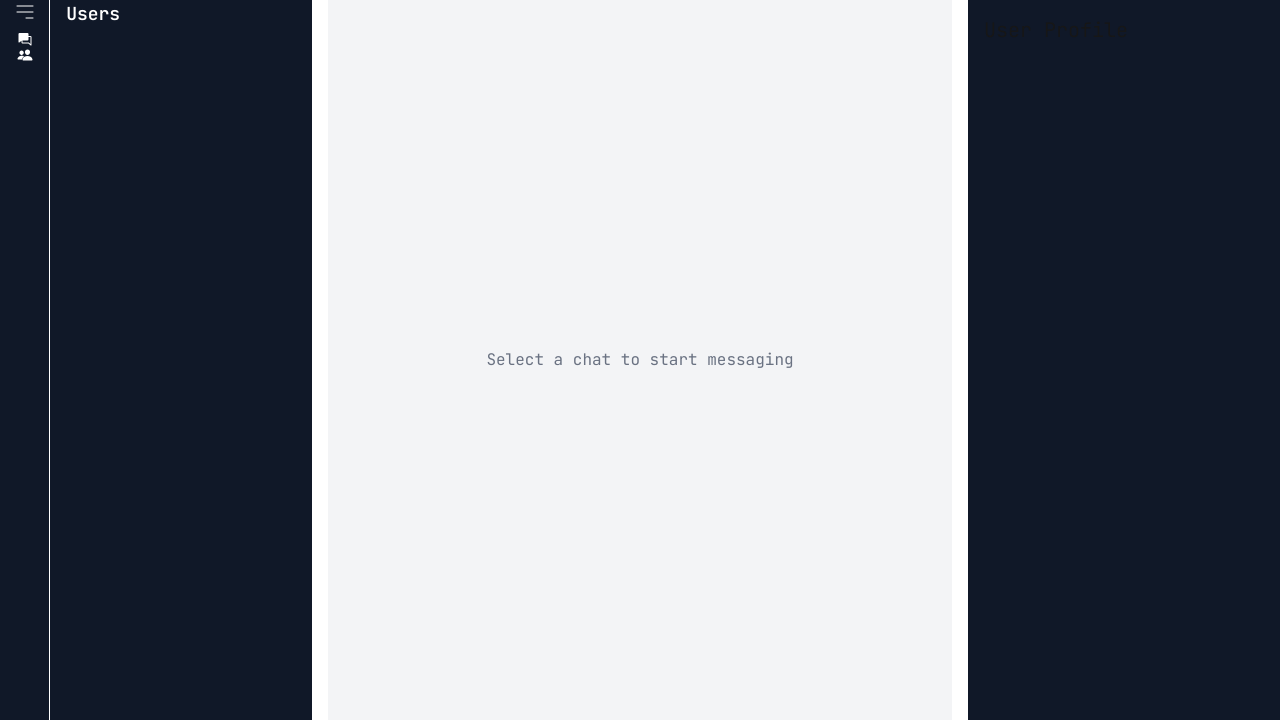
Repository: Sync-Decode/chat-app
Page: /
An editor plug-in stored every save of this project. The page is shown before and after a run of saves, followed by the edit.
The browser window is 1280 px wide. The pictures show the whole page.
The page's requests for data from a server got no answer. The project was rebuilt for these pictures with package versions that can differ from the ones it lists, and the page was loaded fresh each time. The framework's server and built-in components were replaced by stand-ins that run in the browser. No one was signed in, and anything a server would have sent is missing. Also part of the build but not shown: next.config.mjs, src/components/Menu.jsx, src/components/Chatview.jsx.

Above is the page before, as saved 2025-06-21 16:37:55.

### src/app/layout.js
import { JetBrains_Mono } from 'next/font/google'
import './globals.css'

const jetBrains = JetBrains_Mono({
  variable: '--font-JetBrains_Mono',
  subsets: ['latin'],
})

export const metadata = {
  title: 'Lisp Chat',
  description: 'Chat and connect with fellow tweeps',
}

export default function RootLayout({ children }) {
  return (
    <html lang="en">
      <body className={`${jetBrains.className}  antialiased flex flex-col justify-center items-center w-full h-svh`}>
        {children}
      </body>
    </html>
  )
}

### src/app/page.js
'use client'
import { useIsMobile } from '@/hooks/useIsMobile'
import { useIsTablet } from '@/hooks/useIsTablet'
import { useIsDesktop } from '@/hooks/useIsDesktop'
import { useViewStore } from '@/store/store'
import { useRouter } from 'next/navigation'
import Sidebar from '@/components/Sidebar'
import Chat from '@/components/Chat'
import Profile from '@/components/Profile'
import Loading from '@/components/Loading'
const Home = () => {
  const view = useViewStore((s) => s.view)
  const setView = useViewStore((s) => s.setView)
  const isMobile = useIsMobile()
  const isTablet = useIsTablet()
  const isDesktop = useIsDesktop()
  const router = useRouter()
  const sessionTest = true

  const renderHome = () => {
    if (!sessionTest) {
      router.push('/auth/signin')
      return
    }

    if (isMobile) {
      if (view === 'sidebar') return <Sidebar />
      if (view === 'chat') return <Chat />
      if (view === 'profile') return <Profile />
      return
    }

    if (isTablet) {
      setView('chat')
      return (
        <div className="w-screen max-w-screen-2xl h-svh flex gap-4 ">
          <div className="flex-1 w-full h-full">
            <Sidebar />
          </div>

          <div className="flex-2 w-full h-full">
            {view === 'chat' && <Chat />}
            {view === 'profile' && <Profile />}
          </div>
        </div>
      )
    }


    if (isDesktop) {
      return (
        <div className="w-screen max-w-screen-2xl h-svh flex gap-4 ">
          <div className="flex-1">
            <Sidebar />
          </div>

          <div className="flex-2">
            <Chat />
          </div>

          <div className="flex-1">
            <Profile />
          </div>
        </div>
      )
    }
    return <Loading />
  }
  return renderHome()
}

export default Home

### src/app/globals.css
@import 'tailwindcss';
@tailwind base;
@tailwind components;
@tailwind utilities;

:root {
  --background: #ffffff;
  --foreground: #171717;
}

@theme inline {
  --color-background: var(--background);
  --color-foreground: var(--foreground);
  --font-sans: var(--font-geist-sans);
  --font-mono: var(--font-geist-mono);
}

@media (prefers-color-scheme: dark) {
  :root {
    --background: #0a0a0a;
    --foreground: #ededed;
  }
}

* {
  box-sizing: border-box;
  margin: 0;
  scrollbar-width: 0;
}

*::-webkit-scrollbar{
  display: none
}



@layer base {
  p {
    @apply text-sm font-light;
  }

  h6 {
    @apply text-base;
  }

  h5 {
    @apply text-lg;
  }

  h4 {
    @apply text-xl;
  }
  h3 {
    @apply text-2xl font-light;
  }
  h2 {
    @apply text-3xl;
  }
  h1 {
    @apply text-4xl;
  }
}

body {
  background: var(--background);
  color: var(--foreground);
}

### src/hooks/useIsMobile.js
'use client'
import { useEffect, useState } from 'react'

export function useIsMobile() {
  const [isMobile, setIsMobile] = useState(false)

  useEffect(() => {
    const check = () => setIsMobile(window.innerWidth < 768)
    check()
    window.addEventListener('resize', check)
    return () => window.removeEventListener('resize', check)
  }, [])

  return isMobile
}

### src/hooks/useIsTablet.js
'use client'
import { useState, useEffect } from 'react'

export const useIsTablet = () => {
  const [isTablet, setIsTablet] = useState(false)
  useEffect(() => {
    const check = () =>
      setIsTablet(window.innerWidth > 768 && window.innerWidth < 1024)
    check()
    window.addEventListener('resize', check)
    return () => window.removeEventListener('resize', check)
  }, [])
  return isTablet
}

### src/hooks/useIsDesktop.js
"use client"
import { useState, useEffect } from 'react'

export const useIsDesktop = () => {
  const [isDesktop, setIsDesktop] = useState(false)
  useEffect(() => {
    const check = () => setIsDesktop(window.innerWidth > 1024)
    check()
    window.addEventListener('resize', check)
    return () => window.removeEventListener('resize', check)
  }, [])
  return isDesktop
}

### src/store/store.js
// store/viewStore.js
import { create } from 'zustand'
import supabase from '@/lib/supabase'

//view store
export const useViewStore = create((set) => ({
  view: 'sidebar', // 'sidebar' | 'chat' | 'profile'
  setView: (view) => set({ view: view }),
}))

// login view store
export const useLoginViewStore = create((set) => ({
  loginType: 'signin',
  setLoginType: (type) => set({ loginType: type }),
}))

//session store
export const useSession = create((set) => ({
  session: null,
  hasFetchedSession: false,

  fetchSession: async () => {
    const session = supabase.auth.getSession()

    if (session) {
      await supabase.from('users').upsert({
        user_id: data.session.user.id,
        email: data.session.user.email,
        username: data.session.user.user_metadata.name || '',
        avatar_url: data.session.user.user_metadata.avatar_url || '',
      })
    }

    set({ session: session, hasFetchedSession: true })

    return null
  },
}))

//menu store
export const useMenu = create((set) => ({
  isMenuHidden: true,
  setIsMenuHidden: () =>
    set((state) => ({
      isMenuHidden: !state.isMenuHidden,
    })),
}))

// signup store
export const useSignupInfo = create((set) => ({
  username: '',
  setUsername: (username) => set({ username }),
  email: '',
  setEmail: (email) => set({ email }),
  password: '',
  setPassword: (password) => set({ password }),
}))

// users store
export const useUsersStore = create((set) => ({
  users: [],
  error: null,
  currentUserID: null,

  fetchUsers: async () => {
    try {
      const session = supabase.auth.getSession()
      const currentUserID = session.data.session?.user?.id
      set({ currentUserID })

      if (!currentUserID) {
        throw new Error('Not authenticated')
      }

      const { data, error } = await supabase
        .from('users')
        .select('user_id, username, avatar_url, is_online, email')
        .neq('user_id', currentUserID)

      if (error) throw error

      set({ users: data })
      console.log('FetchedUsers', data)
    } catch (err) {
      set({ error: err.message || 'Error fetching users' })
      console.error('Error fetching users:', err.message)
    }
  },
}))

//chat store
export const useChatStore = create((set) => ({
  selectedChatId: null,
  otherUser: null,
  setOtherUser: (user) => set({ otherUser: user }),
  setSelectedChatId: (id) => set({ selectedChatId: id }),
  setSelectedChat: (chat) => set({ selectedChat: chat }),
  fetchChat: async (chatId) => {
    try {
      const { data, error } = await supabase
        .from('chats')
        .select('*')
        .eq('chat_id', chatId)
        .single()

      if (error) throw error

      set({ selectedChat: data })
      console.log('Fetched chat:', data)
    } catch (err) {
      console.error('Error fetching chat:', err.message)
    }
  },
}))

### src/components/Sidebar.jsx
import { useMenu, useViewStore } from '@/store/store'
import { useIsMobile } from '@/hooks/useIsMobile'
import { PiChatsFill } from 'react-icons/pi'
import { IoPeople } from 'react-icons/io5'
import Menu from './Menu'
import Hamburger from './Hamburger'
import UserList from './UserList'

export default function Sidebar() {
  const setView = useViewStore((s) => s.setView)
  const isMenuHidden = useMenu((s) => s.isMenuHidden)
  const setIsMenuHidden = useMenu((s) => s.setIsMenuHidden)
  const isMobile = useIsMobile((s) => s.isMobile)

  return (
    <div className="relative w-full h-full flex  bg-gray-900 text-white">
      <div className="flex-1 flex flex-col justify-start items-center  border-r">
        <div onClick={() => setIsMenuHidden((prev) => !prev)}>
          <Hamburger />
        </div>

        <div className="flex flex-col">
          <PiChatsFill width={24} height={24} />
          <IoPeople width={24} height={24} />
        </div>

        <div />
      </div>

      <div className="relative flex-5 h-full pl-4 overflow-y-auto">
        <div className="sticky top-0 flex items-center justify-between">
          <h3 className="text-lg font-semibold">Users</h3>
        </div>
        {!isMenuHidden && <Menu />}
        <UserList />
      </div>
    </div>
  )
}

### src/components/Chat.jsx
// components/Chat.js

import { useViewStore } from '@/store/store'
import { useIsMobile } from '@/hooks/useIsMobile'
import { useIsDesktop } from '@/hooks/useIsDesktop'
import { useChatStore } from '@/store/store'
import ChatView from './Chatview'
import { useEffect } from 'react'

const Chat = () => {
  //Chat panel component
  // This component serves as the main chat interface, displaying the selected chat and providing navigation options

  const selectedChatId = useChatStore((s) => s.selectedChatId)

  return (
    <div className="relative w-full h-full flex flex-col bg-gray-800 overflow-scroll ">
      <div className="relative flex-1 w-full max-h-full flex flex-col bg-gray-100">

        {selectedChatId ? (
          <ChatView chatId={selectedChatId} />
        ) : (
          <div className="flex items-center justify-center h-full text-gray-500">
            Select a chat to start messaging
          </div>
        )}
      </div>
    </div>
  )
}
export default Chat

### src/components/Profile.jsx
// components/Profile.js

import { useViewStore } from '@/store/store'
import { useIsDesktop } from '@/hooks/useIsDesktop'

export default function Profile() {
  const setView = useViewStore((s) => s.setView)
  const isDesktop = useIsDesktop()

  return (
    <div className="w-full h-full  p-4 bg-gray-900 border-0">
      <h3 className="text-xl mb-4">User Profile</h3>
      {!isDesktop && (
        <button
          onClick={() => setView('chat')}
          className="bg-yellow-600 px-4 py-2 rounded"
        >
          Back to Chat
        </button>
      )}
    </div>
  )
}

### src/components/Loading.jsx
import React from 'react'

const Loading = () => {
  return <div className="fixed top-0 left-0 w-full h-full flex flex-col justify-center items-center"><p>Loading...</p></div>
}

export default Loading

### src/lib/supabase.js
import { createClient } from '@supabase/supabase-js'

const supabaseUrl = process.env.NEXT_PUBLIC_SUPABASE_URL
const supabaseAnonKey = process.env.NEXT_PUBLIC_SUPABASE_ANON_KEY
const supabase = createClient(supabaseUrl, supabaseAnonKey)
export default supabase

### src/components/Hamburger.jsx
import { useMenu } from '@/store/store'
const Hamburger = () => {
  const isMenuHidden = useMenu((s) => s.isMenuHidden)
  return (
    <div>
      <button className="rounded-md focus:outline-none   select-none ">
        {isMenuHidden ? (
          <svg
            className="h-6 w-6 text-white"
            xmlns="http://www.w3.org/2000/svg"
            fill="none"
            viewBox="0 0 24 24"
            stroke="currentColor"
          >
            <path
              strokeLinecap="round"
              strokeLinejoin="round"
              strokeWidth={1}
              d="M4 6h16M4 12h16m-7 6h7"
            />
          </svg>
        ) : (
          <svg
            xmlns="http://www.w3.org/2000/svg"
            className="h-6 w-6 text-white"
            fill="none"
            viewBox="0 0 24 24"
            stroke="currentColor"
            strokeWidth={2}
          >
            <path
              strokeLinecap="round"
              strokeLinejoin="round"
              d="M6 18L18 6M6 6l12 12"
            />
          </svg>
        )}
      </button>
    </div>
  )
}

export default Hamburger

### src/components/UserList.jsx
import { useUsersStore } from '@/store/store'
import { IoChatbubbleEllipsesOutline } from 'react-icons/io5'
import { useEffect } from 'react'
import supabase from '@/lib/supabase'
import { useChatStore, useViewStore } from '@/store/store'

export default function UserList() {
  const setView = useViewStore((s) => s.setView)
  const users = useUsersStore((s) => s.users)
  const fetchUsers = useUsersStore((s) => s.fetchUsers)
  const setSelectedChatId = useChatStore((s) => s.setSelectedChatId)
  const setOtherUser = useChatStore((s) => s.setOtherUser)

  useEffect(() => {
    fetchUsers()
    console.log('Users :', users)
  }, [])

  useEffect(() => {
    console.log('Users fetched:', users)
  }, [users])

  const fetchMessages = async (chatId) => {
    const { data, error } = await supabase
      .from('messages')
      .select('message_id, sender_id, content, created_at, edited_at')
      .eq('chat_id', chatId)
      .order('created_at', { ascending: true })

    if (error) {
      console.error('Error fetching messages:', error.message)
      return []
    }

    return data
  }

  const handleUpsertChat = async (otherUser) => {
    const currentUserId = useUsersStore.getState().currentUserID

    if (!currentUserId || !otherUser.user_id) return

    // Step 1: Check if a chat exists with exactly these 2 members
    const { data: existingChats, error: chatFetchError } = await supabase
      .from('chat_members')
      .select('chat_id')
      .in('user_id', [currentUserId, otherUser.user_id])

    if (chatFetchError) {
      console.error('Failed to fetch chat memberships', chatFetchError)
      return null
    }

    const chatCount = existingChats.reduce((acc, curr) => {
      acc[curr.chat_id] = (acc[curr.chat_id] || 0) + 1
      return acc
    }, {})

    const existingChatId = Object.entries(chatCount).find(
      ([, count]) => count === 2
    )?.[0]

    if (existingChatId) {
      setSelectedChatId(existingChatId)
      const { data: chat } = await supabase
        .from('chats')
        .select('*')
        .eq('chat_id', existingChatId)
        .single()

      return chat
    }

    // Step 2: Create new chat
    const { data: newChat, error: createError } = await supabase
      .from('chats')
      .insert({
        type: 'dm',
        created_by: currentUserId,
      })
      .select()
      .single()

    if (createError) {
      console.error('Failed to create chat', createError)
      return null
    }

    // Step 3: Add both users to chat_members
    const { error: memberInsertError } = await supabase
      .from('chat_members')
      .insert([
        {
          chat_id: newChat.chat_id,
          user_id: currentUserId,
          role: 'admin',
        },
        {
          chat_id: newChat.chat_id,
          user_id: otherUser.user_id,
          role: 'member',
        },
      ])

    if (memberInsertError) {
      console.error('Failed to add members', memberInsertError)
      return null
    }

    return newChat
  }

  return (
    <div className="w-full h-full overflow-y-auto">
      {users.map((user) => (
        <div
          key={user.user_id}
          className="p-2 border-b  border-b-slate-700 hover:bg-gray-800"
          onClick={async () => {
            handleUpsertChat(user)
            console.log('Selected user:', user)
            setOtherUser(user)
            setView('chat')
          }}
        >
          <div className="flex p-4 items-center gap-4  cursor-pointer ">
            {user.avatar_url?.trim() ? (
              <img src={user.avatar_url} className="w-8 h-8 rounded-full" />
            ) : (
              <img
                src="/fallback-avatar.png"
                className="w-8 h-8 rounded-full"
              />
            )}

            <span>{user.username || user.email}</span>
            {user.is_online && (
              <span className="text-green-500 text-xs ml-2">● Online</span>
            )}
            <div className="self-end" onClick={() => handleUpsertChat(user)}>
              <IoChatbubbleEllipsesOutline width={32} height={32} />
            </div>
          </div>
        </div>
      ))}
    </div>
  )
}

After the next 2 saves:
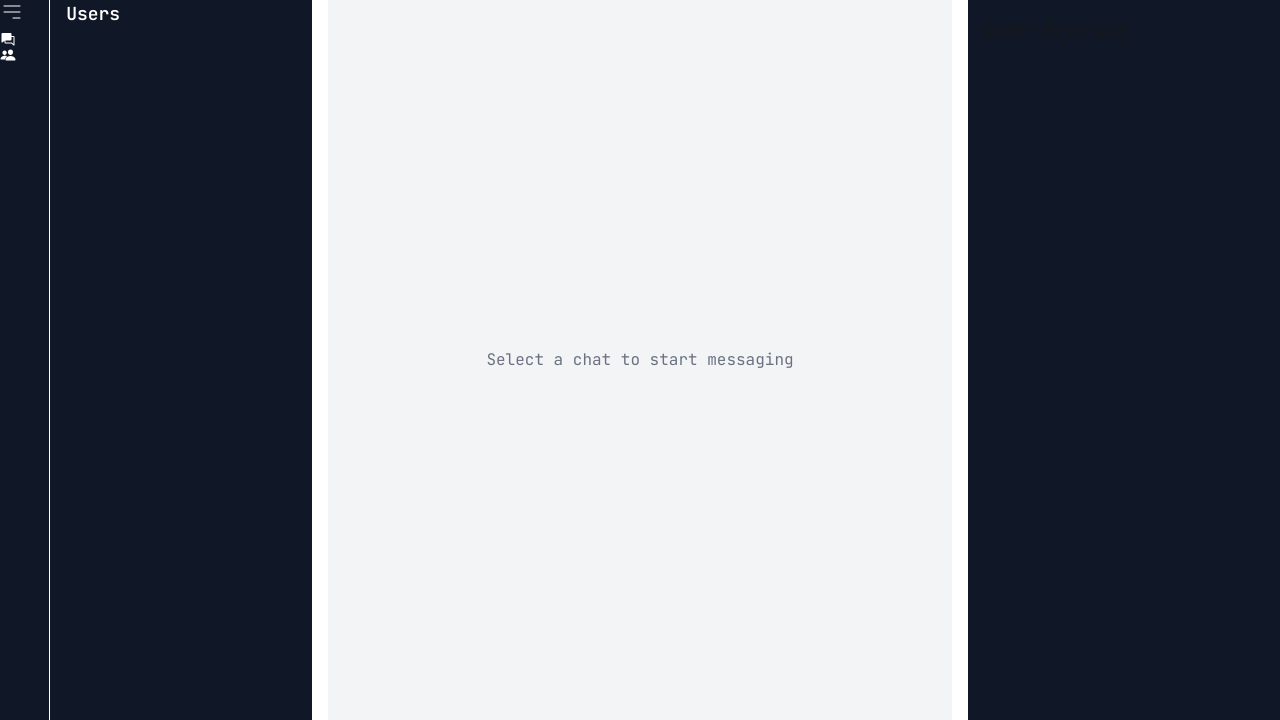
The 2 saves are shown as one change because they came seconds apart.
The last was saved 12 s later.
--- a/src/components/Sidebar.jsx
+++ b/src/components/Sidebar.jsx
@@ -14,7 +14,7 @@
 
   return (
     <div className="relative w-full h-full flex  bg-gray-900 text-white">
-      <div className="flex-1 flex flex-col justify-start items-center  border-r">
+      <div className="flex-1 flex flex-col justify-start items-  border-r">
         <div onClick={() => setIsMenuHidden((prev) => !prev)}>
           <Hamburger />
         </div>

After the 4 saves that followed:
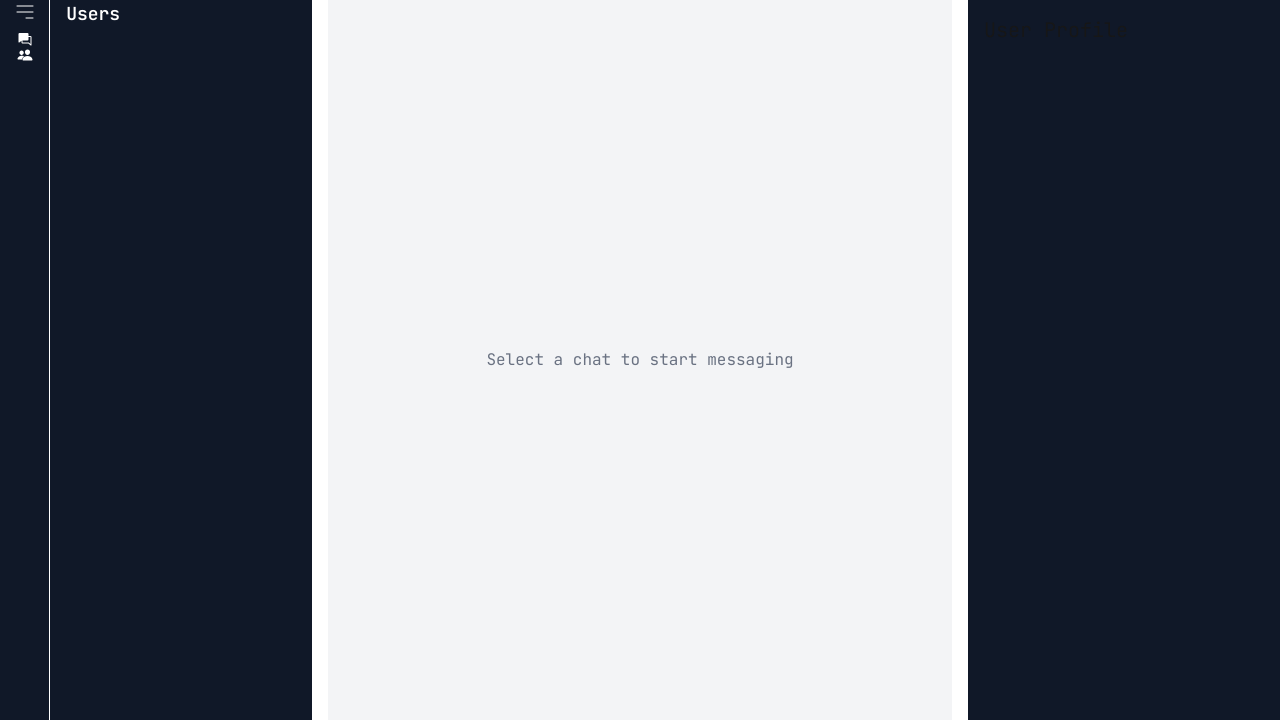
The 4 saves are shown as one change because 1 left the picture as it was and some came seconds apart.
The last was saved 25 s later.
--- a/src/components/Sidebar.jsx
+++ b/src/components/Sidebar.jsx
@@ -14,7 +14,7 @@
 
   return (
     <div className="relative w-full h-full flex  bg-gray-900 text-white">
-      <div className="flex-1 flex flex-col justify-start items-  border-r">
+      <div className="flex-1 flex flex-col justify-start items-center  border-r">
         <div onClick={() => setIsMenuHidden((prev) => !prev)}>
           <Hamburger />
         </div>
